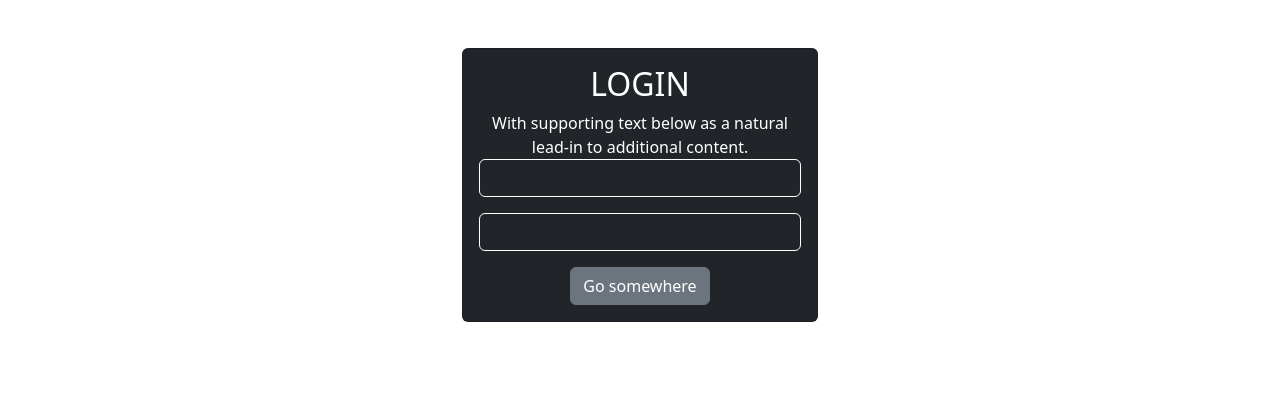
Repository: Rohit1995K/React-redux
Page: /
An editor plug-in stored every save of this project. The page is shown before and after the next save, followed by the edit.
The browser window is 1280 px wide. The pictures show the whole page.
The project was rebuilt for these pictures with package versions that can differ from the ones it lists, and the page was loaded fresh each time. Also part of the build but not shown: src/Components/CartItem.js, src/Containers/CartContainer.js, src/Components/Navbar.js.

Above is the page before, as saved 2022-10-25 12:29:17.

After the next save:
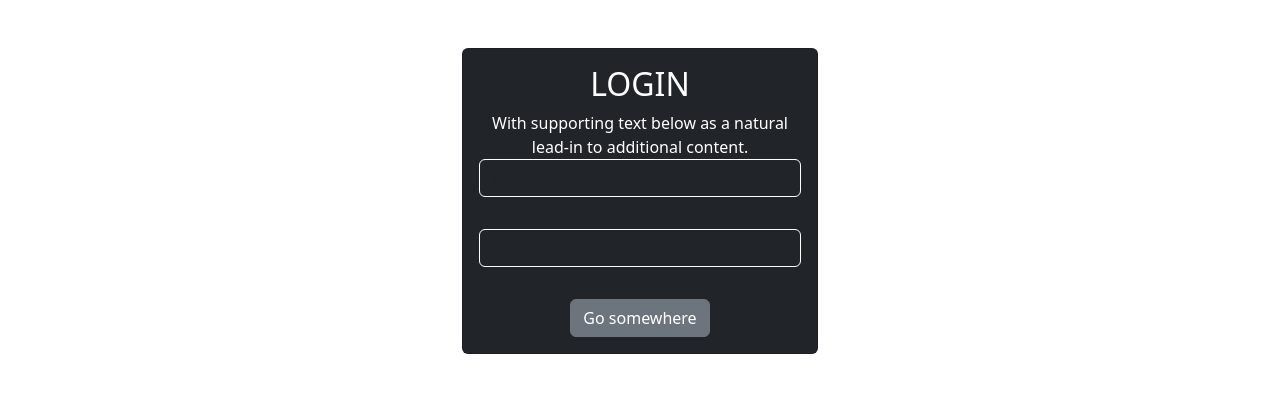
Saved 39 s later.
--- a/src/Components/Login/Login.js
+++ b/src/Components/Login/Login.js
@@ -18,12 +18,12 @@ const Login = () => {
                             With supporting text below as a natural lead-in to additional content.
                             <Form>
                                 <FormGroup row>
-                                    <Col>
+                                    <Col className="mb-3">
                                         <Input id="exampleEmail" name="email" placeholder="Email" type="email"/>
                                     </Col>
                                 </FormGroup>
                                 <FormGroup row>
-                                    <Col>
+                                    <Col className="mb-3">
                                         <Input id="examplePassword" name="password" placeholder="Password" type="password"/>
                                     </Col>
                                 </FormGroup>
